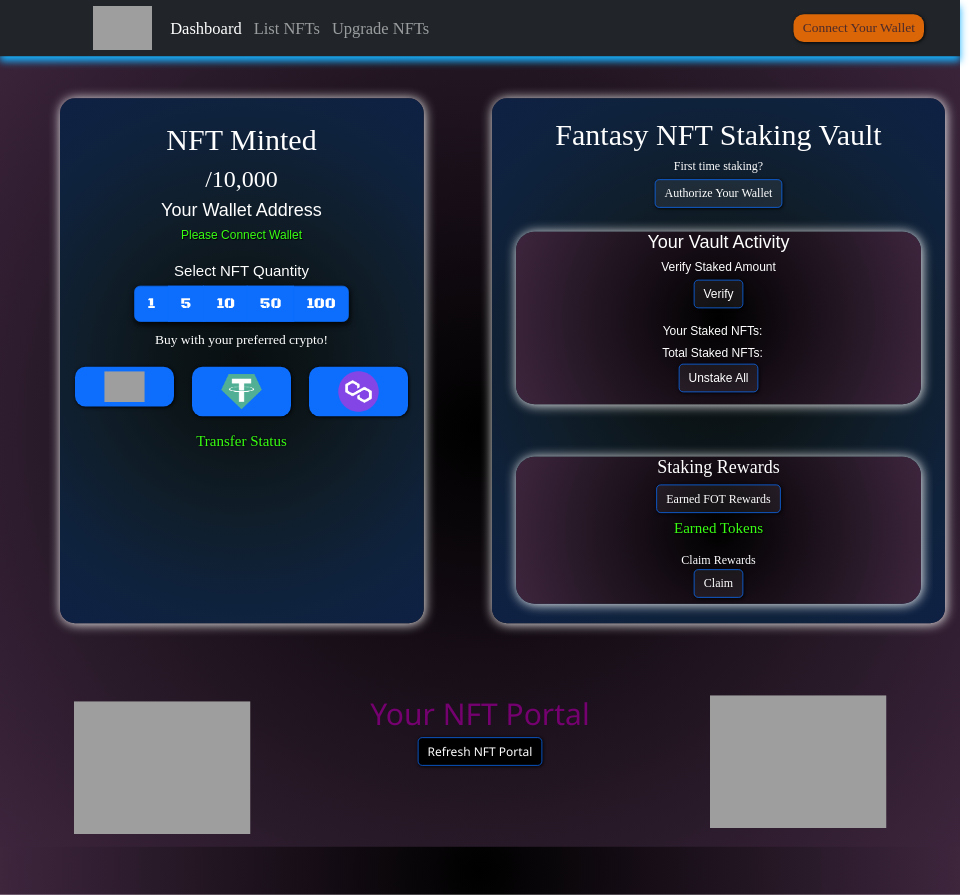
Repository: f-nft/f-fnt-Fantasy-Collection
Page: / (app in web3/)
The author's editor kept a copy of each file at every save. The page is drawn from the files as they stood at one save, then again after a run of saves.
The browser window is 1280 px wide. The page is 1292 px wide, so the pictures cover 1292 px, including what lies to the right of the window. The pictures show the whole page, at 75% of full size.
Pictures or frames that could not be fetched are drawn as grey boxes. The page's requests for data from a server got no answer. Some web fonts or font styles are not loaded; a fallback is used. The project was rebuilt for these pictures with package versions that can differ from the ones it lists, and the page was loaded fresh each time. No one was signed in, and anything a server would have sent is missing.

Above is the page before, as saved 2022-06-09 14:28:09.

### web3/src/index.css
body {
  margin: 0;
  font-family: 'Segoe UI', 'Roboto', 'Oxygen',
    'Ubuntu', 'Cantarell', 'Fira Sans', 'Droid Sans', 'Helvetica Neue',
    sans-serif;
  -webkit-font-smoothing: antialiased;
  -moz-osx-font-smoothing: grayscale;
}

code {
  font-family: 'Courier New',
    monospace;
}

### web3/src/App.js
import './App.css';
import { Button, ButtonGroup } from 'react-bootstrap';
import 'bootstrap/dist/css/bootstrap.min.css';
import React, { Component } from 'react';
import 'sf-font';
import { polygonscanapikey, moralisapikey, NFTCONTRACT, STAKINGCONTRACT, polygonscanapi, moralisapi, nftpng, Web3Alc } from './config';
import axios from 'axios';
import ABI from './ABI.json';
import VAULTABI from './VAULTABI.json';
import TOKENABI from './TOKENABI.json';
import Web3Modal from 'web3modal';
import WalletConnectProvider from '@walletconnect/web3-provider';
import WalletLink from 'walletlink';
import Web3 from 'web3';

var account = null;
var contract = null;
var vaultcontract = null;
var web3 = null;

const providerOptions = {
	binancechainwallet: {
		package: true
	},
	walletconnect: {
		package: WalletConnectProvider,
		options: {
			infuraId: '50f6635fbcc742f18ce7a2a5cbe73ffa'
		}
	},
	walletlink: {
		package: WalletLink,
		options: {
			appName: 'f-nft Polygon',
			infuraId: '50f6635fbcc742f18ce7a2a5cbe73ffa',
			rpc: 'https://polygon-mainnet.infura.io/v3',
			chainId: 137,
			appLogoUrl: null,
			darkMode: true
		}
	},
};

const web3Modal = new Web3Modal({
	network: 'mainnet',
	theme: 'dark',
	cacheProvider: true,
	providerOptions
});

class App extends Component {
	constructor() {
		super();
		this.state = {
			balance: [],
			rawearn: [],
		};
	}

	handleModal() {
		this.setState({ show: !this.state.show })
	}

	// handleStake() {
	// 	this.setState({ show: !this.state.show })
	// }

	handleNFT(nftamount) {
		this.setState({ outvalue:nftamount.target.value });
	}

	async componentDidMount() {

		await axios.get((polygonscanapi + `?module=stats&action=tokensupply&contractaddress=${NFTCONTRACT}&apikey=${polygonscanapikey}`))
			.then(outputa => {
				this.setState({
					balance: outputa.data
				})
				console.log(outputa.data)
			})
		let config = { 'X-API-Key': moralisapikey, 'accept': 'application/json' };
		await axios.get((moralisapi + `/nft/${NFTCONTRACT}/owners?chain=polygon&format=decimal`), { headers: config })
			.then(outputb => {
				const { result } = outputb.data
				this.setState({
					nftdata: result
				})
				console.log(outputb.data)
			})
	}


	render() {
		const { balance } = this.state;
		const { outvalue } = this.state;

		const sleep = (milliseconds) => {
			return new Promise(resolve => setTimeout(resolve, milliseconds))
		}

		const expectedBlockTime = 10000;

		async function connectwallet() {
			var provider = await web3Modal.connect();
			web3 = new Web3(provider);
			await provider.send('eth_requestAccounts');
			var accounts = await web3.eth.getAccounts();
			account = accounts[0];
			document.getElementById('wallet-address').textContent = account;
			contract = new web3.eth.Contract(ABI, NFTCONTRACT);
			vaultcontract = new web3.eth.Contract(VAULTABI, STAKINGCONTRACT);
			var getstakednfts = await vaultcontract.methods.tokensOfOwner(account).call();
			document.getElementById('yournfts').textContent = getstakednfts;
			var getbalance = Number(await vaultcontract.methods.balanceOf(account).call());
			document.getElementById('stakedbalance').textContent = getbalance;
			const arraynft = Array.from(getstakednfts.map(Number));
			const tokenid = arraynft.filter(Number);
			var rwdArray = [];
			tokenid.forEach(async (id) => {
				var rawearn = await vaultcontract.methods.earningInfo(account, [id]).call();
				var array = Array.from(rawearn.map(Number));
				console.log(array);
				array.forEach(async (item) => {
					var earned = String(item).split(',')[0];
					var earnedrwd = Web3.utils.fromWei(earned);
					var rewardx = Number(earnedrwd).toFixed(2);
					var numrwd = Number(rewardx);
					console.log(numrwd);
					rwdArray.push(numrwd);
				});
			});
			function delay() {
				return new Promise(resolve => setTimeout(resolve, 300));
			}
			async function delayedLog(item) {
				await delay();
				var sum = item.reduce((a, b) => a + b, 0);
				var formatsum = Number(sum).toFixed(2);
				document.getElementById('earned').textContent = formatsum;
			}
			async function processArray(rwdArray) {
				for (const item of rwdArray) {
					await delayedLog(item);
				}
			}
			return processArray([rwdArray]);
		}

		async function verify() {
			var getstakednfts = await vaultcontract.methods.tokensOfOwner(account).call();
			document.getElementById('yournfts').textContent = getstakednfts;
			var getbalance = Number(await vaultcontract.methods.balanceOf(account).call());
			document.getElementById('stakedbalance').textContent = getbalance;
		}

		async function enable() {
			contract.methods.setApprovalForAll(STAKINGCONTRACT, true).send({ from: account });
		}
		async function rewardinfo() {
			var rawnfts = await vaultcontract.methods.tokensOfOwner(account).call();
			const arraynft = Array.from(rawnfts.map(Number));
			const tokenid = arraynft.filter(Number);
			var rwdArray = [];
			tokenid.forEach(async (id) => {
				var rawearn = await vaultcontract.methods.earningInfo(account, [id]).call();
				var array = Array.from(rawearn.map(Number));
				array.forEach(async (item) => {
					var earned = String(item).split(",")[0];
					var earnedrwd = Web3.utils.fromWei(earned);
					var rewardx = Number(earnedrwd).toFixed(2);
					var numrwd = Number(rewardx);
					rwdArray.push(numrwd)
				});
			});
			function delay() {
				return new Promise(resolve => setTimeout(resolve, 300));
			}
			async function delayedLog(item) {
				await delay();
				var sum = item.reduce((a, b) => a + b, 0);
				var formatsum = Number(sum).toFixed(2);
				document.getElementById('earned').textContent = formatsum;
			}
			async function processArray(rwdArray) {
				for (const item of rwdArray) {
					await delayedLog(item);
				}
			}
			return processArray([rwdArray]);
		}
		async function claimit() {
			var rawnfts = await vaultcontract.methods.tokensOfOwner(account).call();
			const arraynft = Array.from(rawnfts.map(Number));
			const tokenid = arraynft.filter(Number);
			await Web3Alc.eth.getMaxPriorityFeePerGas().then((tip) => {
				Web3Alc.eth.getBlock('pending').then((block) => {
					var baseFee = Number(block.baseFeePerGas);
					var maxPriority = Number(tip);
					var maxFee = maxPriority + baseFee;
					tokenid.forEach(async (id) => {
						await vaultcontract.methods.claim([id])
							.send({
								from: account,
								maxFeePerGas: maxFee,
								maxPriorityFeePerGas: maxPriority
							})
					})
				});
			})
		}

		async function unstakeall() {
			var rawnfts = await vaultcontract.methods.tokensOfOwner(account).call();
			const arraynft = Array.from(rawnfts.map(Number));
			const tokenid = arraynft.filter(Number);
			await Web3Alc.eth.getMaxPriorityFeePerGas().then((tip) => {
				Web3Alc.eth.getBlock('pending').then((block) => {
					var baseFee = Number(block.baseFeePerGas);
					var maxPriority = Number(tip);
					var maxFee = maxPriority + baseFee;
					tokenid.forEach(async (id) => {
						await vaultcontract.methods.unstake([id])
							.send({
								from: account,
								maxFeePerGas: maxFee,
								maxPriorityFeePerGas: maxPriority
							})
					})
				});
			})
		}

		async function mintnative() {
			var _mintAmount = Number(outvalue);
			var mintRate = Number(await contract.methods.cost().call());
			var totalAmount = mintRate * _mintAmount;
			await Web3Alc.eth.getMaxPriorityFeePerGas().then((tip) => {
				Web3Alc.eth.getBlock('pending').then((block) => {
					var baseFee = Number(block.baseFeePerGas);
					var maxPriority = Number(tip);
					var maxFee = baseFee + maxPriority
					contract.methods.mint(account, _mintAmount)
						.send({
							from: account,
							value: String(totalAmount),
							maxFeePerGas: maxFee,
							maxPriorityFeePerGas: maxPriority
						});
				});
			})
		}

		async function mint0() {
			var _pid = "0";
			var erc20address = await contract.methods.getCryptotoken(_pid).call();
			var currency = new web3.eth.Contract(TOKENABI, erc20address);
			var mintRate = await contract.methods.getNFTCost(_pid).call();
			var _mintAmount = Number(outvalue);
			var totalAmount = mintRate * _mintAmount;
			await Web3Alc.eth.getMaxPriorityFeePerGas().then((tip) => {
				Web3Alc.eth.getBlock('pending').then((block) => {
					var baseFee = Number(block.baseFeePerGas);
					var maxPriority = Number(tip);
					var maxFee = maxPriority + baseFee;
					currency.methods.approve(NFTCONTRACT, String(totalAmount))
						.send({
							from: account
						})
						.then(currency.methods.transfer(NFTCONTRACT, String(totalAmount))
							.send({
								from: account,
								maxFeePerGas: maxFee,
								maxPriorityFeePerGas: maxPriority
							},
								async function (error, transactionHash) {
									console.log("Transfer Submitted, Hash: ", transactionHash)
									let transactionReceipt = null
									while (transactionReceipt == null) {
										transactionReceipt = await web3.eth.getTransactionReceipt(transactionHash);
										await sleep(expectedBlockTime)
									}
									window.console = {
										log: function (str) {
											var out = document.createElement("div");
											out.appendChild(document.createTextNode(str));
											document.getElementById("txout").appendChild(out);
										}
									}
									console.log("Transfer Complete", transactionReceipt);
									contract.methods.mintpid(account, _mintAmount, _pid)
										.send({
											from: account,
											maxFeePerGas: maxFee,
											maxPriorityFeePerGas: maxPriority
										});
								}));
				});
			});
		}

		const refreshPage = () => {
			window.location.reload();
		}

		return (
			<div className='App nftapp'>
				<nav className='navbar navbarfont navbarglow navbar-expand-md navbar-dark bg-dark mb-4'>
					<div className='container-fluid'>
						<a className='navbar-brand px-5' style={{ fontWeight: '800', fontSize: '22px' }} href='#'></a><img src='FNFT.png' width='8%' />
						<button className='navbar-toggler' type='button' data-bs-toggle='collapse' data-bs-target='#navbarCollapse' aria-controls='navbarCollapse' aria-expanded='false' aria-label='Toggle navigation'>
							<span className='navbar-toggler-icon'></span>
						</button>
						<div className='collapse navbar-collapse' id='navbarCollapse'>
							<ul className='navbar-nav me-auto mb-2 px-3 mb-md-0' style={{ fontSize: '22px' }}>
								<li className='nav-item'>
									<a className='nav-link active' aria-current='page' href='#'>Dashboard</a>
								</li>
								<li className='nav-item'>
									<a className='nav-link' href='#'>List NFTs</a>
								</li>
								<li className='nav-item'>
									<a className='nav-link' href='#'>Upgrade NFTs</a>
								</li>
							</ul>
						</div>
					</div>
					<div className='px-5'>
						<input id='connectbtn' type='button' className='connectbutton' onClick={connectwallet} style={{ border: '0.2px', borderRadius: '14px', boxShadow: '1px 1px 5px #000000', fontFamily: 'Rambla' }} value='Connect Your Wallet' />
					</div>
				</nav>
				<div className='row bt-2 center'>
					<div className='col'>
						<body className='nftstaker container border-1' style={{ borderRadius: '25px', boxShadow: '1px 1px 15px #ffffff', minWidth: '385px', maxWidth: '485px', minHeight: '700px', maxHeight: '700px' }}>
							<form>
								<div className='row pt-4'>
									<div>
										<h1 className='pt-2' style={{ fontWeight: '500', fontFamily: 'Blaka' }}>NFT Minted</h1>
									</div>
									<h2 style={{ fontFamily: 'Blaka' }}>{balance.result}/10,000</h2>
									<h4>Your Wallet Address</h4>
									<div className='pb-1' id='wallet-address' style={{
										color: '#39FF14',
										fontWeight: '200',
										textShadow: '1px 1px 1px black',
									}}>
										<label for='floatingInput'>Please Connect Wallet</label>
									</div>
								</div>
								<div>
									<label style={{ fontWeight: '300', fontSize: '20px' }}>Select NFT Quantity</label>
								</div>
								<ButtonGroup size='lg'
									aria-label='First group'
									name='amount'
									style={{ boxShadow: '1px 3px 8px #000000', fontFamily: 'Black Ops One', fontSize: '25px', marginTop: '5px', marginBottom: '5px', marginInline: '5px' }}
									onClick={nftamount => this.handleNFT(nftamount, 'value')}>
									<Button value='1' >1</Button>
									<Button value='5'>5</Button>
									<Button value='10'>10</Button>
									<Button value='50'>50</Button>
									<Button value='100'>100</Button>
								</ButtonGroup>
								<h6 className='pt-2' style={{ fontFamily: 'Rambla', fontWeight: '300', fontSize: '18px', marginBottom: '1px' }}>Buy with your preferred crypto!</h6>
								<div className='row px-2 pb-2 row-style' style={{ marginTop: '1px', fontFamily: 'Rambla', fontWeight: '300', fontSize: '12px' }}>
									<div className='col'>
										<Button className='button-style' onClick={mint0} style={{ border: '0.2px', borderRadius: '14px', boxShadow: '1px 1px 5px #000000' }}>
											<img src={'FNFT.png'} width='50%' />
										</Button>
									</div>
									<div className='col'>
										<Button className='button-style' style={{ border: '0.2px', borderRadius: '14px', boxShadow: '1px 1px 5px #000000' }}>
											<img src='usdt.png' width='50%' />
										</Button>
									</div>
									<div className='col'>
										<Button className='button-style' onClick={mintnative} style={{ border: '0.2px', borderRadius: '14px', boxShadow: '1px 1px 5px #000000' }}>
											<img src='matic.png' width='50%' />
										</Button>
									</div>
									<div>
										<label id='txout' style={{ color: '#39FF14', marginTop: '5px', fontWeight: '500', textShadow: '1px 1px 2px #000000' }}>
											<p style={{ fontSize: '20px' }}>Transfer Status</p>
										</label>
									</div>
								</div>
							</form>
						</body>
					</div>
					<div className='col'>
						<body className='nftstaker container border-1' style={{ borderRadius: '25px', boxShadow: '1px 1px 15px #ffffff', minWidth: '385px', maxWidth: '100%', minHeight: '700px', maxHeight: '700px' }}>
							<form style={{ fontFamily: 'Rambla' }} >
								<h1 style={{ fontWeight: '500', fontFamily: 'Blaka', marginTop: '25px' }}>Fantasy NFT Staking Vault </h1>
								<h6 style={{ fontWeight: '300' }}>First time staking?</h6>
								<Button className='btn' style={{ backgroundColor: '#ffffff10', boxShadow: '1px 1px 5px #000000' }} >Authorize Your Wallet</Button>
								<div className='row px-3 center' >
									<div className='col' style={{ minWidth: '385px', maxWidth: '100%', maxHeight: '300px', minHeight: '300px' }}>
										<form class='stakingrewards' style={{ borderRadius: '25px', boxShadow: '1px 1px 15px #ffffff' }}>
											<h4 style={{ color: '#FFFFFF', fontWeight: '300' }}>Your Vault Activity</h4>
											<h6 style={{ color: '#FFFFFF' }}>Verify Staked Amount</h6>
											<Button style={{ backgroundColor: '#ffffff10', boxShadow: '1px 1px 5px #000000' }} >Verify</Button>
											<table className='table mt-3 mb-5 px-3 table-dark'>
												<tr>
													<td style={{ fontSize: '16px' }}>Your Staked NFTs:
														<span style={{ backgroundColor: '#ffffff00', fontSize: '18px', color: '#39FF14', fontWeight: '500', textShadow: '1px 1px 2px #000000' }} id='yournfts'></span>
													</td>
												</tr>
												<tr>
													<td style={{ fontSize: '16px' }}>Total Staked NFTs:
														<span style={{ backgroundColor: '#ffffff00', fontSize: '18px', color: '#39FF14', fontWeight: '500', textShadow: '1px 1px 2px #000000' }} id='stakedbalance'></span>
													</td>
												</tr>
												<tr>
													<Button className='mb-3' style={{ backgroundColor: '#ffffff10', boxShadow: '1px 1px 5px #000000' }}>Unstake All</Button>
												</tr>
											</table>
										</form>
									</div>
									<div className='col container' style={{ minWidth: '385px', maxWidth: '100%', maxHeight: '300px', minHeight: '300px' }}>
										<form className='stakingrewards' style={{ borderRadius: '25px', boxShadow: '1px 1px 15px #ffffff', fontFamily: 'Rambla' }}>
											<h4 style={{ color: '#FFFFFF', fontWeight: '300' }}> Staking Rewards</h4>
											<Button style={{ backgroundColor: '#ffffff10', boxShadow: '1px 1px 5px #000000' }} >Earned FOT Rewards</Button>
											<div id='earned' style={{ color: '#39FF14', marginTop: '5px', fontSize: '25px', fontWeight: '500', textShadow: '1px 1px 2px #000000' }}><p style={{ fontSize: '20px' }}>Earned Tokens</p></div>
											<div className='col-12 mt-2'>
												<div style={{ color: 'white' }}>Claim Rewards</div>
												<Button style={{ backgroundColor: '#ffffff10', boxShadow: '1px 1px 5px #000000' }} className='mb-2'>Claim</Button>
											</div>
										</form>
									</div>
								</div>
							</form>
						</body>
					</div>
				</div>
				<div className='row nftportal mt-3'>
					<div className='col mt-4 ml-3'>
						<img src="polygon.png" width={'60%'}></img>
					</div>
					<div className='col'>
						<h1 className='n2dtitlestyle mt-3'>Your NFT Portal</h1>
						<Button onClick={refreshPage} style={{ backgroundColor: "#000000", boxShadow: "1px 1px 5px #000000" }}>Refresh NFT Portal</Button>
					</div>
					<div className='col mt-3 mr-5'>
						<img src="ethereum.png" width={'60%'}></img>
					</div>
				</div>
			</div>
		)
	}
}
export default App;

Loaded but not shown: web3/public/index.html (common file); web3/src/ABI.json (735 lines, source omitted); web3/src/TOKENABI.json (417 lines, source omitted); web3/src/VAULTABI.json (395 lines, source omitted); web3/src/nfts.js (240 lines, source omitted); web3/src/config.js (9 lines, source omitted); web3/src/index.js (20 lines, source omitted); web3/src/App.css (234 lines, source omitted)

After the next 2 saves:
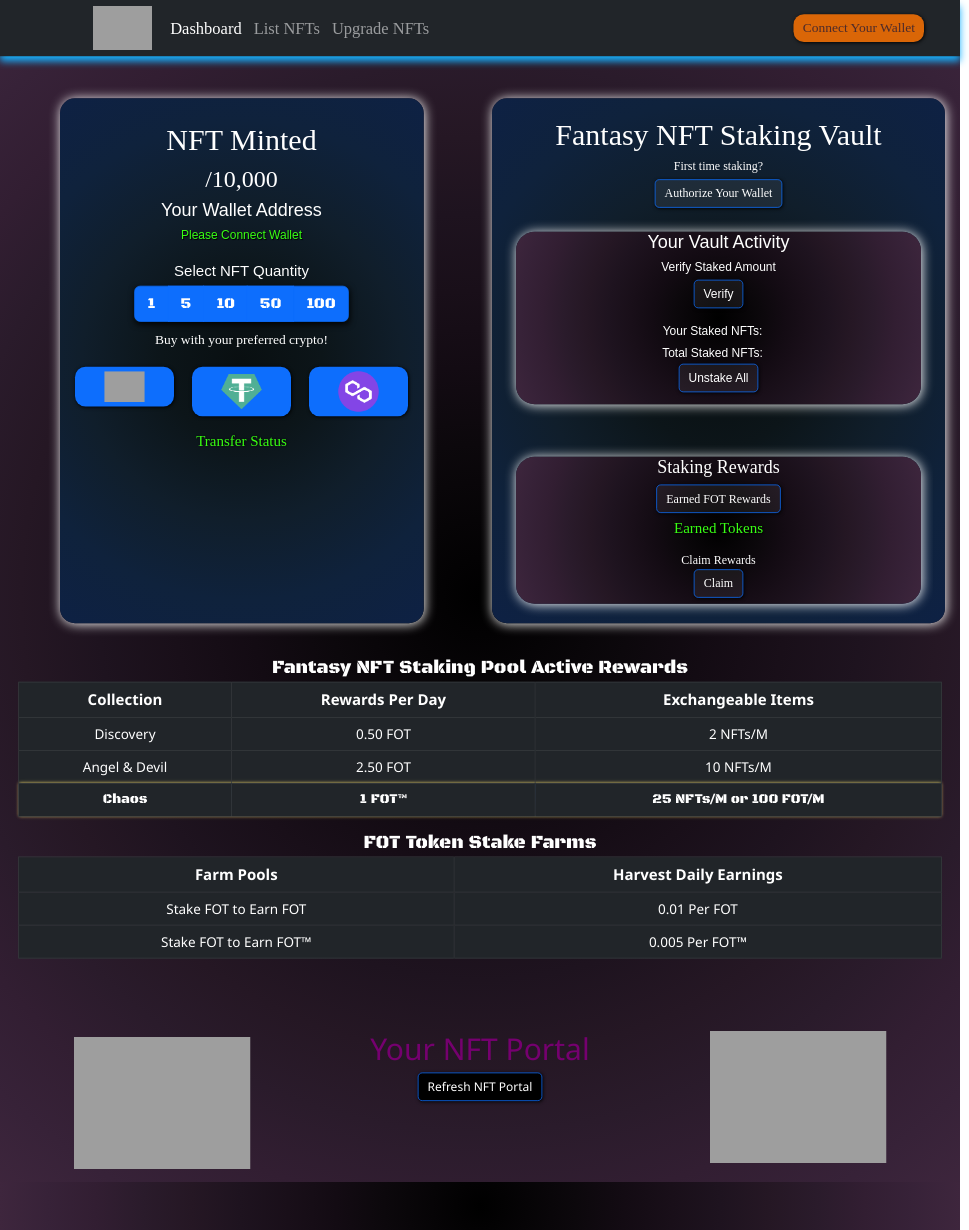
The 2 saves are shown as one change because they came seconds apart.
The last was saved 36 s later.
--- a/web3/src/App.js
+++ b/web3/src/App.js
@@ -431,6 +431,73 @@ class App extends Component {
 						</body>
 					</div>
 				</div>
+				<div className='row px-4 pt-2'>
+            <div className='header container' >
+                <div style={{ fontSize: '25px', borderRadius: '14px', color: '#ffffff', fontWeight: '300', fontFamily: 'Black Ops One' }}>Fantasy NFT Staking Pool Active Rewards</div>
+                <table className='table px-3 table-bordered table-dark' style={{ fontSize: '20px' }}>
+                    <thead className='thead-light'>
+                        <tr>
+                            <th scope='col'>Collection</th>
+                            <th scope='col'>Rewards Per Day</th>
+                            <th scope='col'>Exchangeable Items</th>
+                        </tr>
+                    </thead>
+                    <tbody style={{ fontSize: '18px' }}>
+                        <tr>
+                            <td>Discovery</td>
+                            <td className='amount' data-test-id='rewards-summary-ads'>
+                                <span className='amount'>0.50</span>&nbsp;<span class='currency'>FOT</span>
+                            </td>
+                            <td className='exchange'>
+                                <span className='amount'>2</span>&nbsp;<span class='currency'>NFTs/M</span>
+                            </td>
+                        </tr>
+                        <tr>
+                            <td>Angel & Devil</td>
+                            <td className='amount' data-test-id='rewards-summary-ac'>
+                                <span className='amount'>2.50</span>&nbsp;<span class='currency'>FOT</span>
+                            </td>
+                            <td className='exchange'><span class='amount'>10</span>&nbsp;<span class='currency'>NFTs/M</span>
+                            </td>
+                        </tr>
+                        <tr className='stakegoldeffect'>
+                            <td>Chaos</td>
+                            <td className='amount' data-test-id='rewards-summary-one-time'><span class='amount'>1</span>&nbsp;<span class='currency'>FOT™</span>
+                            </td>
+                            <td className='exchange'>
+                                <span className='amount'>25 NFTs/M or </span>
+                                <span className='currency'>100 FOT/M</span>
+                            </td>
+                        </tr>
+                    </tbody>
+                </table>
+                <div className='header'>
+                    <div style={{ fontSize: '25px', borderRadius: '14px', fontWeight: '300', fontFamily: 'Black Ops One', color: 'white' }}>FOT Token Stake Farms</div>
+                    <table className='table table-bordered table-dark' style={{ borderRadius: '14px' }} >
+                        <thead className='thead-light' style={{ fontSize: '20px' }}>
+                            <tr>
+                                <th scope='col'>Farm Pools</th>
+                                <th scope='col'>Harvest Daily Earnings</th>
+                            </tr>
+                        </thead>
+                        <tbody style={{ fontSize: '18px' }}>
+                            <tr>
+                                <td>Stake FOT to Earn FOT</td>
+                                <td className='amount' data-test-id='rewards-summary-ads'>
+                                    <span className='amount'>0.01</span>&nbsp;<span class='currency'>Per FOT</span>
+                                </td>
+                            </tr>
+                            <tr>
+                                <td>Stake FOT to Earn FOT™</td>
+                                <td className='amount' data-test-id='rewards-summary-ac'>
+                                    <span className='amount'>0.005</span>&nbsp;<span class='currency'>Per FOT™</span>
+                                </td>
+                            </tr>
+                        </tbody>
+                    </table>
+                </div>
+            </div>
+        </div>
 				<div className='row nftportal mt-3'>
 					<div className='col mt-4 ml-3'>
 						<img src="polygon.png" width={'60%'}></img>
